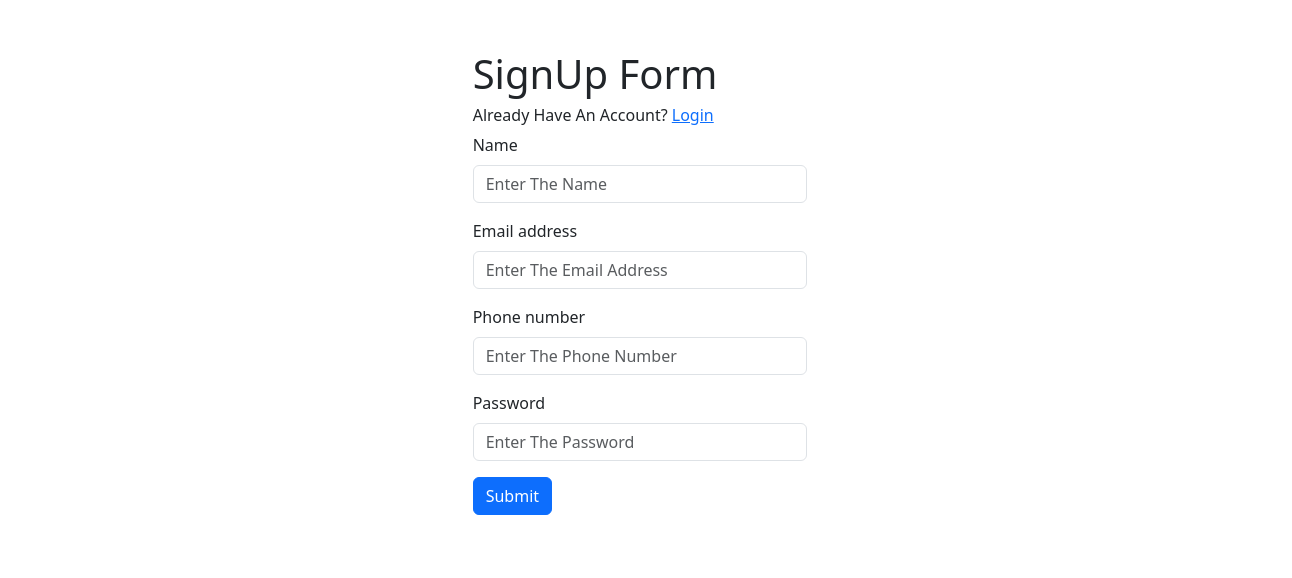
Repository: Manojs14/StudentManagementSystem
Page: http://localhost/Crud_form/
These files come from the project's save history. The page is drawn as it stood at one moment and after the next save; the edit follows.
The browser window is 1280 px wide. The page is 1292 px wide, so the pictures cover 1292 px, including what lies to the right of the window. The pictures show the whole page.
The page is served by Tomcat 9. Nobody is signed in. The application's start-up code is not run. Other server files are loaded and not shown.

Above is the page before, as saved 2024-07-10 07:53:49.

### Crud_form/src/main/webapp/index.jsp
<%@ page language="java" contentType="text/html; charset=UTF-8"
    pageEncoding="UTF-8"%>
<!DOCTYPE html>
<html>
<head>
<meta charset="UTF-8">
<title>The Signup</title>
<link href="https://cdn.jsdelivr.net/npm/bootstrap@5.3.2/dist/css/bootstrap.min.css" rel="stylesheet" integrity="sha384-T3c6CoIi6uLrA9TneNEoa7RxnatzjcDSCmG1MXxSR1GAsXEV/Dwwykc2MPK8M2HN" crossorigin="anonymous">
</head>
<body>

 <div class="row">
    <div class="col-4">
    <h1></h1>
    </div>
    <div class="col-4" style="padding:50px">
    <h1>SignUp Form</h1>
    <h6>Already Have An Account? <a href="login.jsp">Login</a></h6>
     <form action="signuphandler.jsp" method="post">
  <div class="mb-3">
    <label for="username" class="form-label">Name </label>
    <input type="text" class="form-control" id="name1" name="name" aria-describedby="text" placeholder="Enter The Name" required>
  </div>
   <div class="mb-3">
    <label for="exampleInputEmail1" class="form-label">Email address</label>
    <input type="email" class="form-control" name="email" required id="email1" aria-describedby="emailHelp" placeholder="Enter The Email Address" required>
  </div>
  <div class="mb-3">
    <label for="number" class="form-label">Phone number</label>
    <input type="number" class="form-control" name="pnum" required id="pnum1" placeholder="Enter The Phone Number" required>
  </div>
  <div class="mb-3">
    <label for="exampleInputPassword1" class="form-label">Password</label>
    <input type="password" class="form-control" required name= "password" id="password1" placeholder ="Enter The Password" required>
  </div>

  <button type="submit" class="btn btn-primary">Submit</button>
</form>
</div>
<div class="col-4" >

 <script src="https://cdn.jsdelivr.net/npm/@popperjs/core@2.11.8/dist/umd/popper.min.js" integrity="sha384-I7E8VVD/ismYTF4hNIPjVp/Zjvgyol6VFvRkX/vR+Vc4jQkC+hVqc2pM8ODewa9r" crossorigin="anonymous"></script>
<script src="https://cdn.jsdelivr.net/npm/bootstrap@5.3.2/dist/js/bootstrap.min.js" integrity="sha384-BBtl+eGJRgqQAUMxJ7pMwbEyER4l1g+O15P+16Ep7Q9Q+zqX6gSbd85u4mG4QzX+" crossorigin="anonymous"></script>

</body>

After the next save:
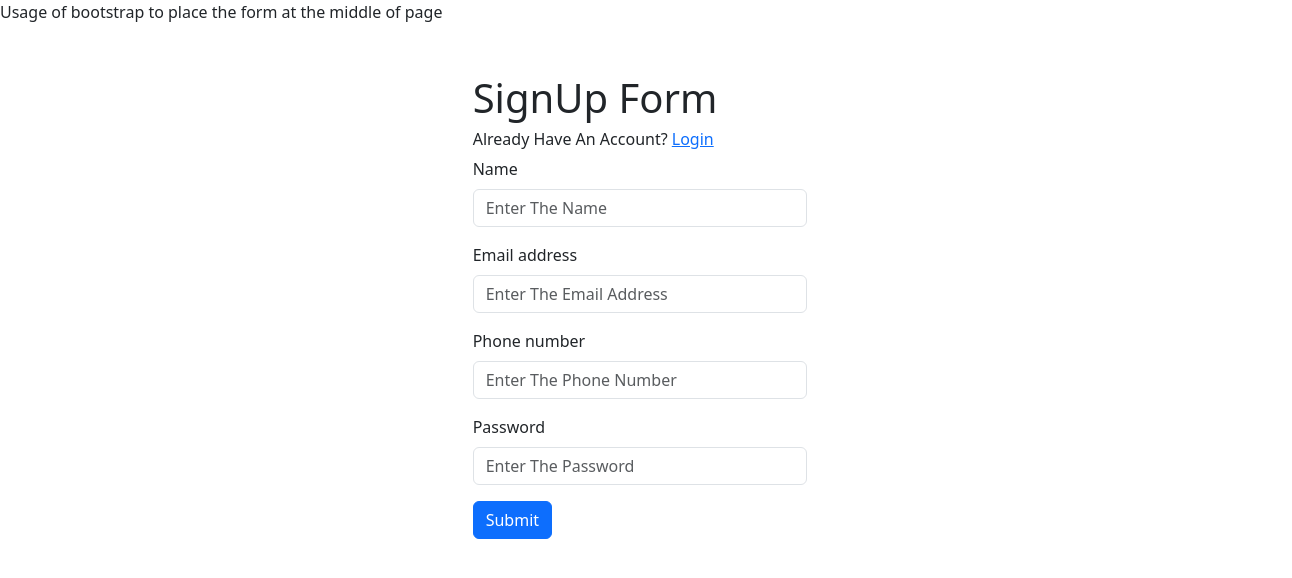
Saved 10 min 9 s later.
--- a/Crud_form/src/main/webapp/index.jsp
+++ b/Crud_form/src/main/webapp/index.jsp
@@ -9,6 +9,8 @@
 </head>
 <body>
 
+
+Usage of bootstrap to place the form at the middle of page
  <div class="row">
     <div class="col-4">
     <h1></h1>
